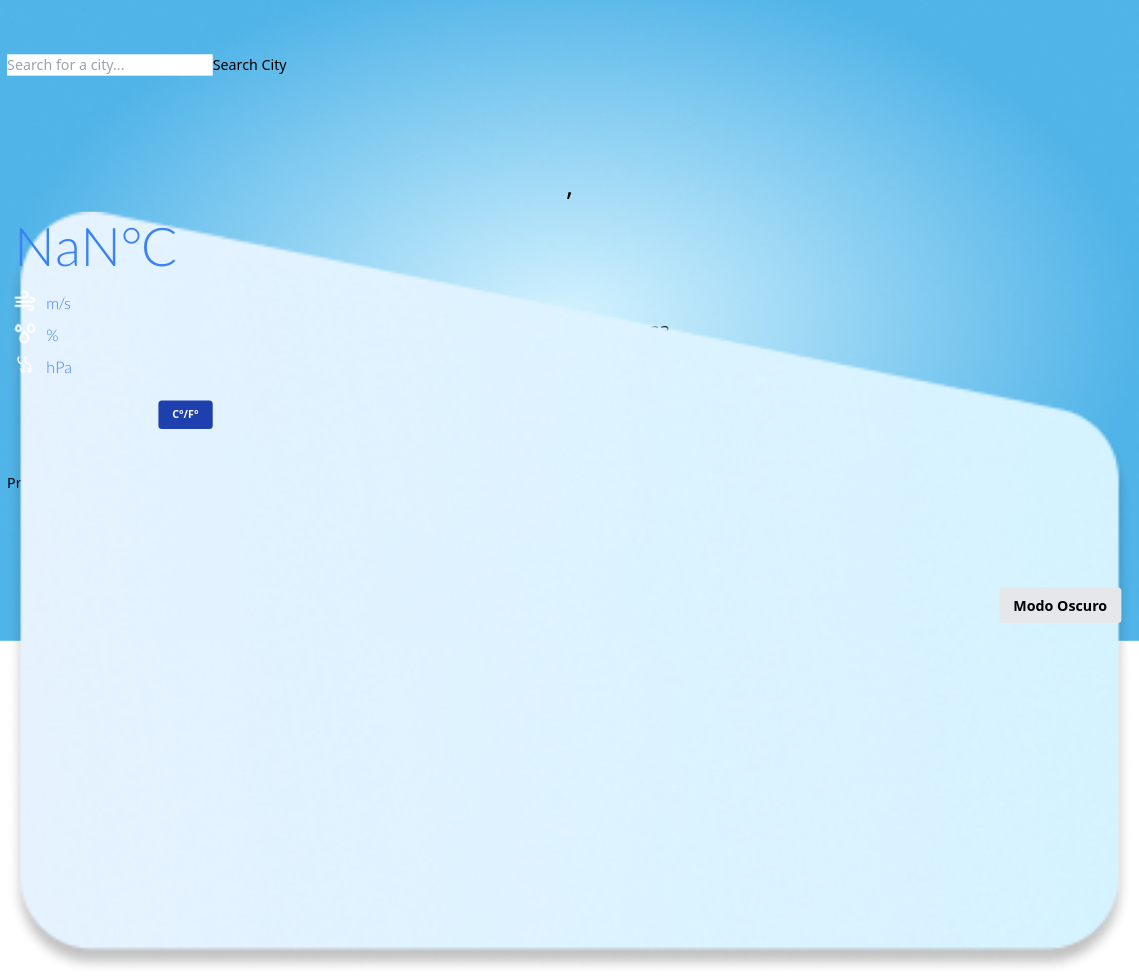
Repository: LukasMoyano/WeatherApp-_-LukasMoyano-_-V-_4.0_6.6.6
Page: /
The author's editor kept a copy of each file at every save. The page is drawn from the files as they stood at one save, then again after the next save.
The browser window is 1280 px wide. The pictures show the whole page, at 89% of full size.
The page's requests for data from a server got no answer. The project was rebuilt for these pictures with package versions that can differ from the ones it lists, and the page was loaded fresh each time. No one was signed in, and anything a server would have sent is missing. Also part of the build but not shown: vite.config.js.

Above is the page before, as saved 2023-08-08 01:17:26.

After the next save:
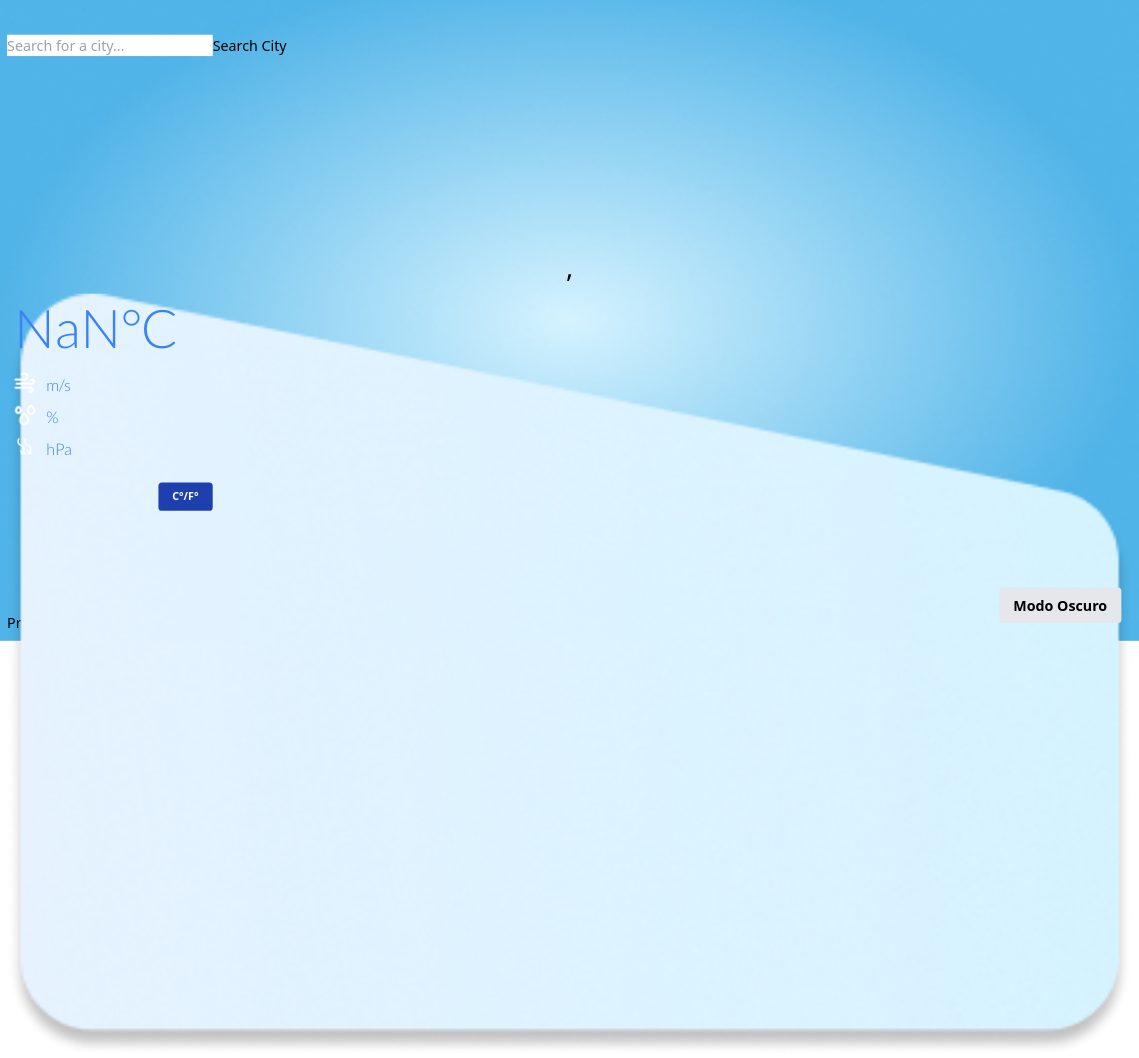
Saved 2 min 57 s later.
--- a/src/App.jsx
+++ b/src/App.jsx
@@ -37,7 +37,7 @@ function App() {
   return (
     <div className={`min-h-screen ${isDarkMode ? "dark" : ""}`}>
       <main
-        className={`bg-cover bg-center min-h-screen font-lato p-2 grid grid-rows-[repeat(5,auto)] items-center ${
+        className={`bg-cover bg-center min-h-screen font-lato p-2 grid grid-rows-[1fr_5fr_2fr] items-center ${
           isDarkMode ? "bg-black bg-opacity-50 text-white" : "bg-white bg-opacity-70 text-black"
         }`}
         style={{
